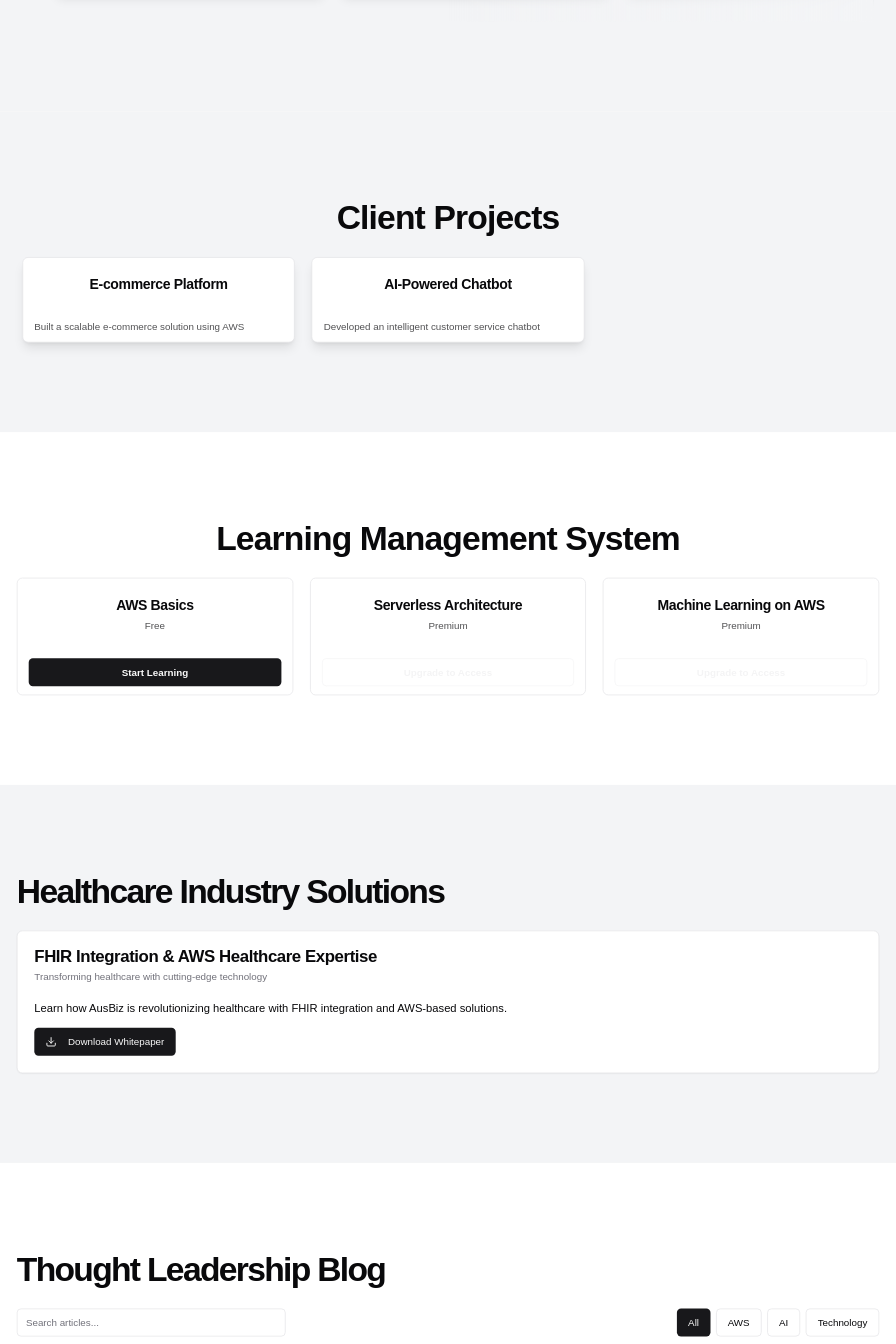
Repository: DiwanMalla/ausbizdemo1
Page: /
The author's editor kept a copy of each file at every save. The page is drawn from the files as they stood at one save, then again after the next save.
The browser window is 1280 px wide. The pictures show the part of the page from y = 1895 to 3815 px (the page is 5749 px tall), at 70% of full size.
The project was rebuilt for these pictures with package versions that can differ from the ones it lists, and the page was loaded fresh each time. The framework's server and built-in components were replaced by stand-ins that run in the browser. Also part of the build but not shown: next.config.ts.

Above is the page before, as saved 2024-11-09 18:43:04.

### components/ui/button.tsx
import * as React from "react"
import { Slot } from "@radix-ui/react-slot"
import { cva, type VariantProps } from "class-variance-authority"

import { cn } from "@/lib/utils"

const buttonVariants = cva(
  "inline-flex items-center justify-center gap-2 whitespace-nowrap rounded-md text-sm font-medium ring-offset-background transition-colors focus-visible:outline-none focus-visible:ring-2 focus-visible:ring-ring focus-visible:ring-offset-2 disabled:pointer-events-none disabled:opacity-50 [&_svg]:pointer-events-none [&_svg]:size-4 [&_svg]:shrink-0",
  {
    variants: {
      variant: {
        default: "bg-primary text-primary-foreground hover:bg-primary/90",
        destructive:
          "bg-destructive text-destructive-foreground hover:bg-destructive/90",
        outline:
          "border border-input bg-background hover:bg-accent hover:text-accent-foreground",
        secondary:
          "bg-secondary text-secondary-foreground hover:bg-secondary/80",
        ghost: "hover:bg-accent hover:text-accent-foreground",
        link: "text-primary underline-offset-4 hover:underline",
      },
      size: {
        default: "h-10 px-4 py-2",
        sm: "h-9 rounded-md px-3",
        lg: "h-11 rounded-md px-8",
        icon: "h-10 w-10",
      },
    },
    defaultVariants: {
      variant: "default",
      size: "default",
    },
  }
)

export interface ButtonProps
  extends React.ButtonHTMLAttributes<HTMLButtonElement>,
    VariantProps<typeof buttonVariants> {
  asChild?: boolean
}

const Button = React.forwardRef<HTMLButtonElement, ButtonProps>(
  ({ className, variant, size, asChild = false, ...props }, ref) => {
    const Comp = asChild ? Slot : "button"
    return (
      <Comp
        className={cn(buttonVariants({ variant, size, className }))}
        ref={ref}
        {...props}
      />
    )
  }
)
Button.displayName = "Button"

export { Button, buttonVariants }

### components/HeroSection.tsx
import { Button } from "@/components/ui/button";

export default function HeroSection() {
  return (
    <section className="w-full py-12 md:py-24 lg:py-32 xl:py-48">
      <div className="container px-4 md:px-6">
        <div className="flex flex-col items-center space-y-4 text-center">
          <div className="space-y-2">
            <h1 className="text-3xl font-bold tracking-tighter sm:text-4xl md:text-5xl lg:text-6xl/none">
              Generative AI and AWS Expertise
            </h1>
            <p className="mx-auto max-w-[700px] text-gray-500 md:text-xl dark:text-gray-400">
              Empowering businesses with cutting-edge technology solutions
            </p>
          </div>
          <div className="space-x-4">
            <Button>Contact Us</Button>
            <Button variant="outline">Learn More</Button>
          </div>
        </div>
      </div>
    </section>
  );
}

### components/LMS.tsx
import { Button } from "@/components/ui/button";
import {
  Card,
  CardContent,
  CardDescription,
  CardHeader,
  CardTitle,
} from "@/components/ui/card";

const modules = [
  { title: "AWS Basics", free: true },
  { title: "Serverless Architecture", free: false },
  { title: "Machine Learning on AWS", free: false },
  // Add more modules...
];

export default function LMSSection() {
  return (
    <section className="w-full py-12 md:py-24 lg:py-32">
      <div className="container px-4 md:px-6">
        <h2 className="text-3xl font-bold tracking-tight sm:text-4xl md:text-5xl mb-8 text-center text-foreground">
          Learning Management System
        </h2>
        <div className="grid gap-6 sm:grid-cols-2 lg:grid-cols-3">
          {modules.map((module, index) => (
            <Card
              key={index}
              className="cursor-pointer rounded-lg bg-card shadow-card hover:shadow-card-hover transition-all duration-300 transform hover:scale-105"
            >
              <CardHeader className="p-6 text-center">
                <CardTitle className="text-xl font-semibold text-foreground">
                  {module.title}
                </CardTitle>
                <CardDescription className="text-sm text-foreground/70">
                  {module.free ? "Free" : "Premium"}
                </CardDescription>
              </CardHeader>
              <CardContent className="px-4 py-3 flex justify-center">
                <Button
                  variant={module.free ? "default" : "outline"}
                  className={`${
                    module.free
                      ? "bg-primary text-primary-foreground hover:bg-primary/90"
                      : "border-accent text-accent hover:bg-accent/10"
                  } w-full py-2 px-4 text-sm font-semibold transition-all duration-200`}
                >
                  {module.free ? "Start Learning" : "Upgrade to Access"}
                </Button>
              </CardContent>
            </Card>
          ))}
        </div>
      </div>
    </section>
  );
}

### components/Healthcare.tsx
import {
  Card,
  CardContent,
  CardDescription,
  CardHeader,
  CardTitle,
} from "@/components/ui/card";
import { Button } from "@/components/ui/button";
import { DownloadIcon } from "lucide-react";

export default function IndustryCallouts() {
  return (
    <section className="w-full py-12 md:py-24 lg:py-32 bg-gray-100 dark:bg-gray-800">
      <div className="container px-4 md:px-6">
        <h2 className="text-3xl font-bold tracking-tighter sm:text-4xl md:text-5xl mb-8">
          Healthcare Industry Solutions
        </h2>
        <Card>
          <CardHeader>
            <CardTitle>FHIR Integration & AWS Healthcare Expertise</CardTitle>
            <CardDescription>
              Transforming healthcare with cutting-edge technology
            </CardDescription>
          </CardHeader>
          <CardContent>
            <p className="mb-4">
              Learn how AusBiz is revolutionizing healthcare with FHIR
              integration and AWS-based solutions.
            </p>
            <Button>
              <DownloadIcon className="mr-2 h-4 w-4" /> Download Whitepaper
            </Button>
          </CardContent>
        </Card>
      </div>
    </section>
  );
}

### components/Blog.tsx
import { useState } from "react";
import {
  Card,
  CardContent,
  CardDescription,
  CardHeader,
  CardTitle,
} from "@/components/ui/card";
import { Input } from "@/components/ui/input";
import { Button } from "@/components/ui/button";

const blogPosts = [
  { title: "The Future of AWS", category: "AWS" },
  { title: "AI Trends in 2024", category: "AI" },
  { title: "Serverless Architecture Best Practices", category: "Technology" },
  // Add more blog posts...
];

export default function BlogSection() {
  const [searchTerm, setSearchTerm] = useState("");
  const [selectedCategory, setSelectedCategory] = useState("All");

  const filteredPosts = blogPosts.filter(
    (post) =>
      post.title.toLowerCase().includes(searchTerm.toLowerCase()) &&
      (selectedCategory === "All" || post.category === selectedCategory)
  );

  return (
    <section className="w-full py-12 md:py-24 lg:py-32">
      <div className="container px-4 md:px-6">
        <h2 className="text-3xl font-bold tracking-tighter sm:text-4xl md:text-5xl mb-8">
          Thought Leadership Blog
        </h2>
        <div className="flex justify-between mb-6">
          <Input
            type="search"
            placeholder="Search articles..."
            className="max-w-sm"
            value={searchTerm}
            onChange={(e) => setSearchTerm(e.target.value)}
          />
          <div className="space-x-2">
            {["All", "AWS", "AI", "Technology"].map((category) => (
              <Button
                key={category}
                variant={selectedCategory === category ? "default" : "outline"}
                onClick={() => setSelectedCategory(category)}
              >
                {category}
              </Button>
            ))}
          </div>
        </div>
        <div className="grid gap-6 sm:grid-cols-2 lg:grid-cols-3">
          {filteredPosts.map((post, index) => (
            <Card key={index}>
              <CardHeader>
                <CardTitle>{post.title}</CardTitle>
                <CardDescription>{post.category}</CardDescription>
              </CardHeader>
              <CardContent>
                <Button variant="outline">Read More</Button>
              </CardContent>
            </Card>
          ))}
        </div>
        <div className="mt-8 text-center">
          <Button>Subscribe for Updates</Button>
        </div>
      </div>
    </section>
  );
}

### components/CorporateTraining.tsx
import {
  Card,
  CardContent,
  CardDescription,
  CardHeader,
  CardTitle,
} from "@/components/ui/card";
import { Input } from "@/components/ui/input";
import { Textarea } from "@/components/ui/textarea";
import { Button } from "@/components/ui/button";
import {
  Select,
  SelectContent,
  SelectItem,
  SelectTrigger,
  SelectValue,
} from "@/components/ui/select";

export default function CorporateTraining() {
  return (
    <section className="w-full py-12 md:py-24 lg:py-32 bg-gray-100 dark:bg-gray-800">
      <div className="container px-4 md:px-6">
        <h2 className="text-3xl font-bold tracking-tighter sm:text-4xl md:text-5xl mb-8">
          Corporate Training
        </h2>
        <Card>
          <CardHeader>
            <CardTitle>Request Customized Training</CardTitle>
            <CardDescription>
              Tailor our training programs to your company's needs
            </CardDescription>
          </CardHeader>
          <CardContent>
            <form className="space-y-4">
              <Input placeholder="Company Name" />
              <Input placeholder="Contact Person" />
              <Input type="email" placeholder="Email" />
              <Select>
                <SelectTrigger>
                  <SelectValue placeholder="Training Format" />
                </SelectTrigger>
                <SelectContent>
                  <SelectItem value="in-person">In-Person</SelectItem>
                  <SelectItem value="remote">Remote</SelectItem>
                </SelectContent>
              </Select>
              <Textarea placeholder="Specific Requirements" />
              <Button type="submit">Submit Request</Button>
            </form>
          </CardContent>
        </Card>
      </div>
    </section>
  );
}

### components/Event.tsx
import {
  Card,
  CardContent,
  CardDescription,
  CardHeader,
  CardTitle,
} from "@/components/ui/card";
import { Button } from "@/components/ui/button";
import { CalendarIcon } from "lucide-react";

const events = [
  { title: "Create an AWS Account", date: "2024-06-15", time: "14:00" },
  { title: "First Lambda Function", date: "2024-06-22", time: "15:30" },
  // Add more events...
];

export default function EventSection() {
  return (
    <section className="w-full py-12 md:py-24 lg:py-32">
      <div className="container px-4 md:px-6">
        <h2 className="text-3xl font-bold tracking-tighter sm:text-4xl md:text-5xl mb-8">
          Upcoming Free Sessions
        </h2>
        <div className="grid gap-6 sm:grid-cols-2 lg:grid-cols-3">
          {events.map((event, index) => (
            <Card key={index}>
              <CardHeader>
                <CardTitle>{event.title}</CardTitle>
                <CardDescription>
                  <CalendarIcon className="inline-block mr-2" />
                  {new Date(`${event.date}T${event.time}`).toLocaleString()}
                </CardDescription>
              </CardHeader>
              <CardContent>
                <Button>Register</Button>
              </CardContent>
            </Card>
          ))}
        </div>
      </div>
    </section>
  );
}

### components/Footer.tsx
import { Button } from "@/components/ui/button";
import {
  FacebookIcon,
  TwitterIcon,
  LinkedinIcon,
  MoonIcon,
  SunIcon,
} from "lucide-react";

export default function Footer({ isDarkMode, toggleDarkMode }) {
  return (
    <footer className="w-full py-6 bg-gray-100 dark:bg-gray-800">
      <div className="container px-4 md:px-6">
        <div className="grid gap-8 sm:grid-cols-2 md:grid-cols-4">
          <div>
            <h3 className="text-lg font-semibold mb-2">About AusBiz</h3>
            <p className="text-sm">
              Empowering businesses with cutting-edge technology solutions
            </p>
          </div>
          <div>
            <h3 className="text-lg font-semibold mb-2">Contact</h3>
            <p className="text-sm">info@ausbiz.com</p>
            <p className="text-sm">+1 (555) 123-4567</p>
          </div>
          <div>
            <h3 className="text-lg font-semibold mb-2">Legal</h3>
            <ul className="space-y-1">
              <li>
                <a href="#" className="text-sm hover:underline">
                  Privacy Policy
                </a>
              </li>
              <li>
                <a href="#" className="text-sm hover:underline">
                  Terms of Service
                </a>
              </li>
            </ul>
          </div>
          <div>
            <h3 className="text-lg font-semibold mb-2">Follow Us</h3>
            <div className="flex space-x-4">
              <a href="#" aria-label="Facebook">
                <FacebookIcon className="w-6 h-6" />
              </a>
              <a href="#" aria-label="Twitter">
                <TwitterIcon className="w-6 h-6" />
              </a>
              <a href="#" aria-label="LinkedIn">
                <LinkedinIcon className="w-6 h-6" />
              </a>
            </div>
          </div>
        </div>
        <div className="mt-8 flex justify-between items-center">
          <p className="text-sm">&copy; 2024 AusBiz. All rights reserved.</p>
          <Button variant="outline" size="icon" onClick={toggleDarkMode}>
            {isDarkMode ? (
              <SunIcon className="h-[1.2rem] w-[1.2rem]" />
            ) : (
              <MoonIcon className="h-[1.2rem] w-[1.2rem]" />
            )}
            <span className="sr-only">Toggle theme</span>
          </Button>
        </div>
      </div>
    </footer>
  );
}

### components/ui/card.tsx
import * as React from "react"

import { cn } from "@/lib/utils"

const Card = React.forwardRef<
  HTMLDivElement,
  React.HTMLAttributes<HTMLDivElement>
>(({ className, ...props }, ref) => (
  <div
    ref={ref}
    className={cn(
      "rounded-lg border bg-card text-card-foreground shadow-sm",
      className
    )}
    {...props}
  />
))
Card.displayName = "Card"

const CardHeader = React.forwardRef<
  HTMLDivElement,
  React.HTMLAttributes<HTMLDivElement>
>(({ className, ...props }, ref) => (
  <div
    ref={ref}
    className={cn("flex flex-col space-y-1.5 p-6", className)}
    {...props}
  />
))
CardHeader.displayName = "CardHeader"

const CardTitle = React.forwardRef<
  HTMLDivElement,
  React.HTMLAttributes<HTMLDivElement>
>(({ className, ...props }, ref) => (
  <div
    ref={ref}
    className={cn(
      "text-2xl font-semibold leading-none tracking-tight",
      className
    )}
    {...props}
  />
))
CardTitle.displayName = "CardTitle"

const CardDescription = React.forwardRef<
  HTMLDivElement,
  React.HTMLAttributes<HTMLDivElement>
>(({ className, ...props }, ref) => (
  <div
    ref={ref}
    className={cn("text-sm text-muted-foreground", className)}
    {...props}
  />
))
CardDescription.displayName = "CardDescription"

const CardContent = React.forwardRef<
  HTMLDivElement,
  React.HTMLAttributes<HTMLDivElement>
>(({ className, ...props }, ref) => (
  <div ref={ref} className={cn("p-6 pt-0", className)} {...props} />
))
CardContent.displayName = "CardContent"

const CardFooter = React.forwardRef<
  HTMLDivElement,
  React.HTMLAttributes<HTMLDivElement>
>(({ className, ...props }, ref) => (
  <div
    ref={ref}
    className={cn("flex items-center p-6 pt-0", className)}
    {...props}
  />
))
CardFooter.displayName = "CardFooter"

export { Card, CardHeader, CardFooter, CardTitle, CardDescription, CardContent }

### components/ui/input.tsx
import * as React from "react"

import { cn } from "@/lib/utils"

const Input = React.forwardRef<HTMLInputElement, React.ComponentProps<"input">>(
  ({ className, type, ...props }, ref) => {
    return (
      <input
        type={type}
        className={cn(
          "flex h-10 w-full rounded-md border border-input bg-background px-3 py-2 text-base ring-offset-background file:border-0 file:bg-transparent file:text-sm file:font-medium file:text-foreground placeholder:text-muted-foreground focus-visible:outline-none focus-visible:ring-2 focus-visible:ring-ring focus-visible:ring-offset-2 disabled:cursor-not-allowed disabled:opacity-50 md:text-sm",
          className
        )}
        ref={ref}
        {...props}
      />
    )
  }
)
Input.displayName = "Input"

export { Input }

Loaded but not shown: app/layout.tsx (common file); app/globals.css (common file); lib/utils.ts (common file); components/ui/textarea.tsx (common file); tailwind.config.ts (common file); components/ui/select.tsx (160 lines, source omitted); app/page.tsx (145 lines, source omitted); components/Bootcamp.tsx (108 lines, source omitted); components/ClientProject.tsx (75 lines, source omitted); components/Services.tsx (78 lines, source omitted)

After the next save:
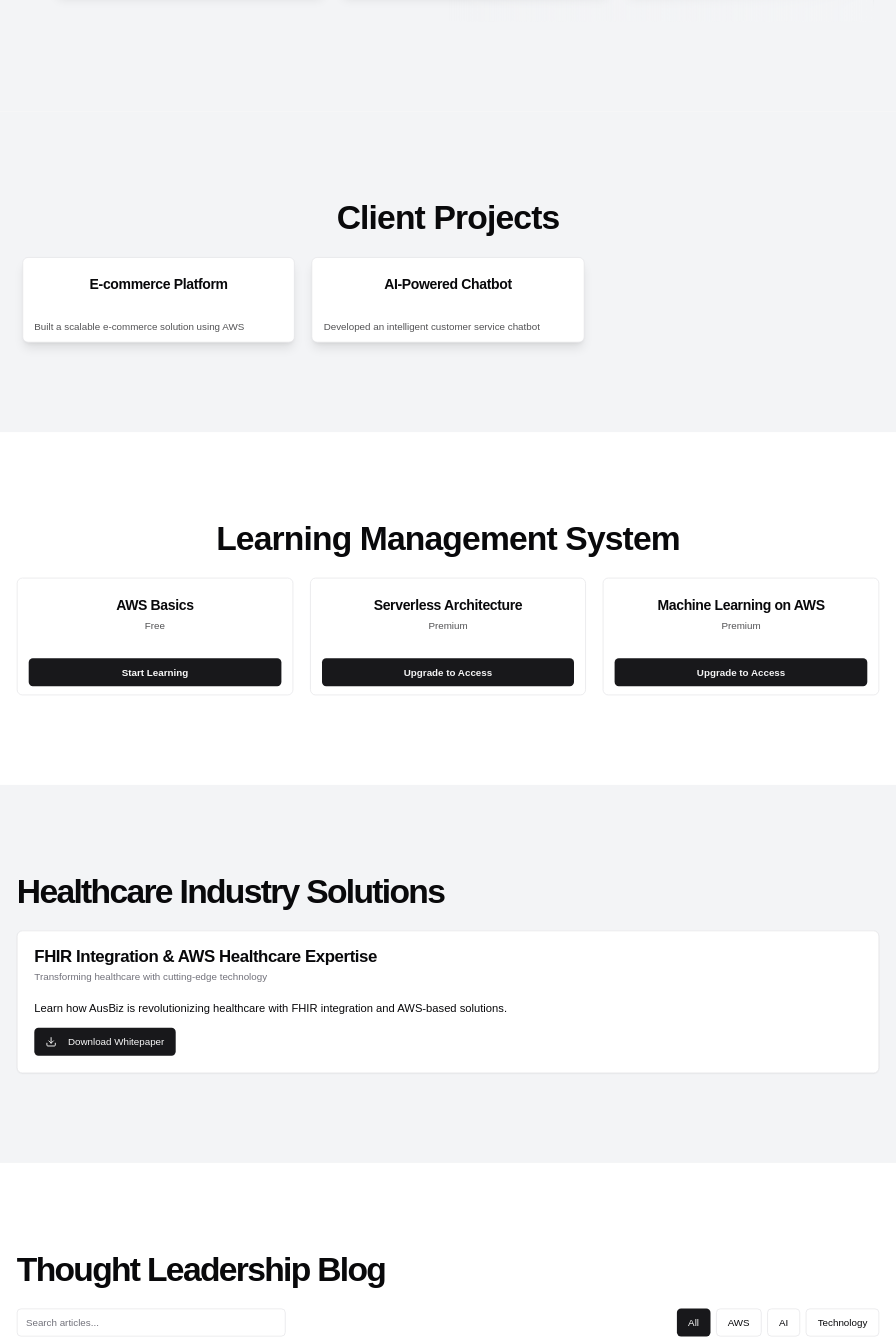
Saved 98 s later.
--- a/components/LMS.tsx
+++ b/components/LMS.tsx
@@ -37,7 +37,7 @@
               </CardHeader>
               <CardContent className="px-4 py-3 flex justify-center">
                 <Button
-                  variant={module.free ? "default" : "outline"}
+                  variant={module.free ? "default" : "default"}
                   className={`${
                     module.free
                       ? "bg-primary text-primary-foreground hover:bg-primary/90"

After the save that followed:
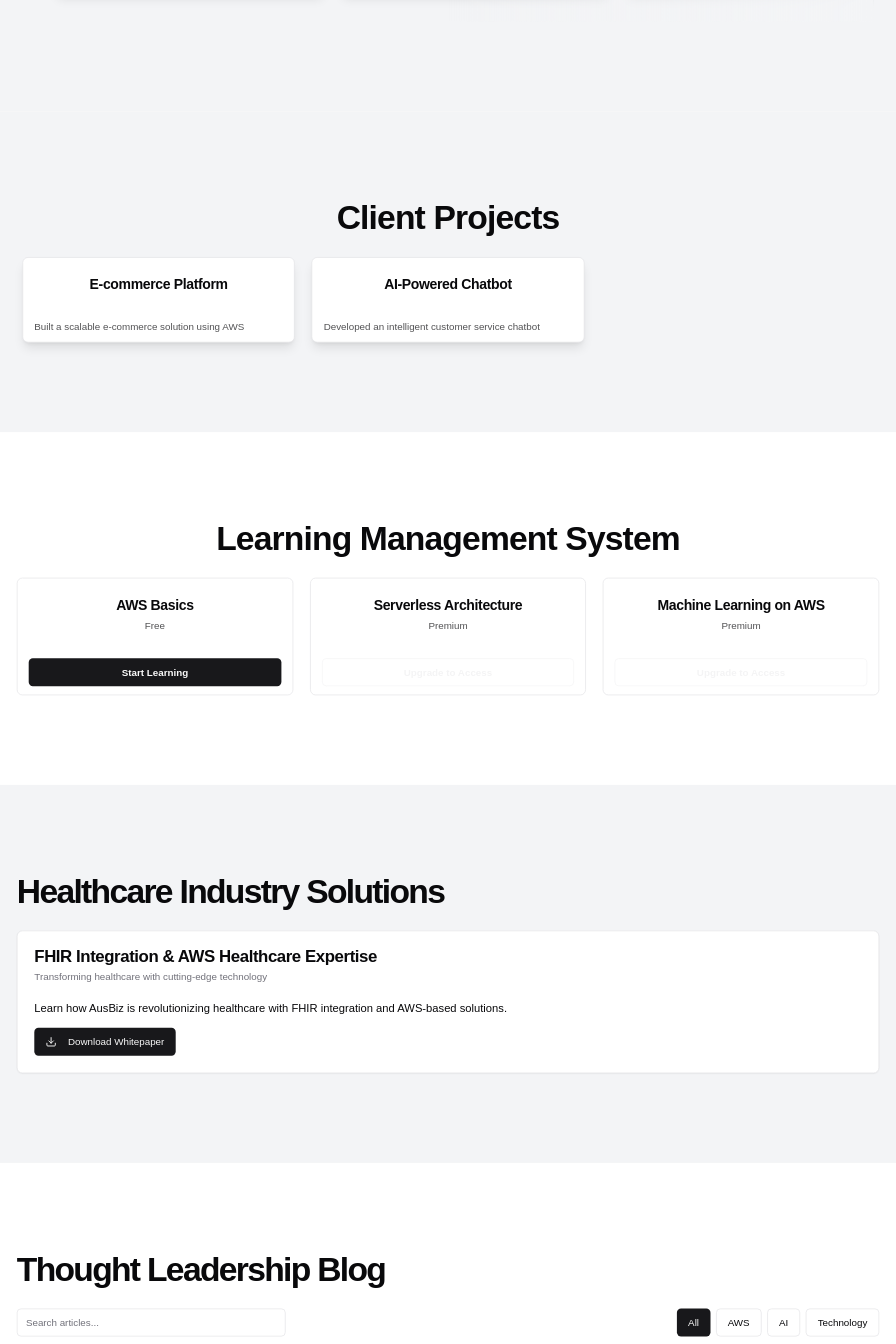
Saved 6 s later.
--- a/components/LMS.tsx
+++ b/components/LMS.tsx
@@ -37,7 +37,7 @@
               </CardHeader>
               <CardContent className="px-4 py-3 flex justify-center">
                 <Button
-                  variant={module.free ? "default" : "default"}
+                  variant={module.free ? "default" : "outline"}
                   className={`${
                     module.free
                       ? "bg-primary text-primary-foreground hover:bg-primary/90"
